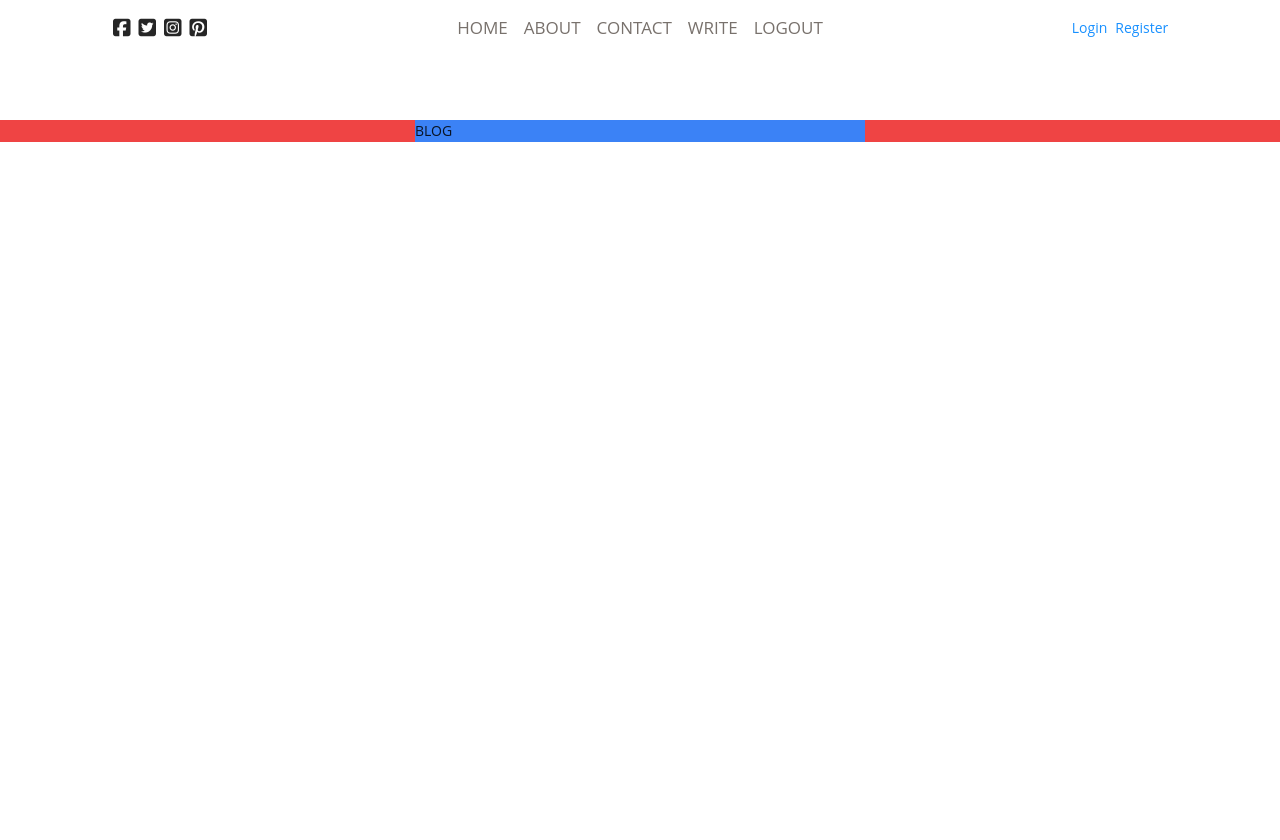
Repository: truongnguyenuit/Blog_App_ver2
Page: /login (app in client/)
The author's editor kept a copy of each file at every save. The page is drawn from the files as they stood at one save, then again after the next save.
The browser window is 1280 px wide. The pictures show the whole page.
Some web libraries are served in a nearby version. The project was rebuilt for these pictures with package versions that can differ from the ones it lists, and the page was loaded fresh each time. Also part of the build but not shown: client/src/components/AboutComponent.js, client/src/pages/HomePage.js, client/src/pages/RegisterPage.js.

Above is the page before, as saved 2022-07-18 11:16:06.

### client/public/index.html
<!DOCTYPE html>
<html lang="en">
  <head>

    <meta charset="utf-8" />
    <meta name="viewport" content="width=device-width, initial-scale=1" />
    <meta
      name="description"
      content="Web site created using create-react-app"
    />
    <style>
      *{
        font-family: 'Open Sans', sans-serif;
        margin: 0;
      }
    </style>
    <script src="https://kit.fontawesome.com/cd2089affa.js" crossorigin="anonymous"></script>
    <title>Blog App</title>

  </head>
  <body>

    <noscript>You need to enable JavaScript to run this app.</noscript>
    <div id="root"></div>

  </body>
</html>

### client/src/index.js
import React from 'react';
import ReactDOM from 'react-dom/client';
import './index.css';
import App from './App';
import 'antd/dist/antd.min.css'


const root = ReactDOM.createRoot(document.getElementById('root'));
root.render(
  <React.StrictMode>
    <App />
  </React.StrictMode>
);

### client/src/App.js
import { BrowserRouter, Route, Routes } from "react-router-dom";
import { configRouter } from './router/configRouter';
import NavbarComponent from './components/NavbarComponent';
function App() {
  return (
    <div>
      <BrowserRouter>
        <div className="fixed top-0 left-0 right-0 z-10">
          <NavbarComponent />
        </div>
        <div className="mt-[50px]"></div>
        <Routes>
          {configRouter.map((item, index) => {
            return (
              <Route
                key={index}
                path={item.path}
                element={item.page}
              />
            );
          })}

        </Routes>

      </BrowserRouter>
    </div>
  );
}

export default App;

### client/src/router/configRouter.js
import HomePage from "../pages/HomePage";
import LoginPage from "../pages/LoginPage";
import RegisterPage from "../pages/RegisterPage";
import { pathName } from "./pathName";

export const configRouter=[
  {
    path: pathName.home,
    page: <HomePage/>,
  },
  {
    path: pathName.login,
    page: <LoginPage/>,
  },
  {
    path: pathName.register,
    page: <RegisterPage/>
  }
]

### client/src/components/NavbarComponent.js
import React from 'react'
import { Link } from "react-router-dom";
import { Row, Col } from "antd"
import { pathName } from '../router/pathName';

const NavigateRouter = [
  {
    path: "",
    name: "HOME",
  },
  {
    path: "",
    name: "ABOUT",
  },
  {
    path: "",
    name: "CONTACT",
  },
  {
    path: "",
    name: "WRITE",
  },
  {
    path: "",
    name: "LOGOUT",
  },
];

const NavbarComponent = () => {
  return (
    <div className="bg-white">
      <Row >

        <Col span={6} className="h-14">
          <div className="flex justify-center items-center text-[20px] gap-2 h-14">
            <i className="fa-brands fa-facebook-square cursor-pointer"></i>
            <i className="fa-brands fa-twitter-square cursor-pointer"></i>
            <i className="fa-brands fa-instagram-square cursor-pointer"></i>
            <i className="fa-brands fa-pinterest-square cursor-pointer"></i>
          </div>
        </Col>

        <Col span={12} className="h-14">
          <nav>
            <ul className="flex justify-center items-center text-[17px] gap-4 h-14">
              {NavigateRouter.map((item, index) => {
                return (
                  <li key={index}>
                    <Link to={item.path} className="text-stone-500 hover:text-stone-400">
                      {item.name}
                    </Link>
                  </li>
                );

              })}
            </ul>
          </nav>
        </Col>

        <Col span={6} className="h-14">
          <div className="flex justify-center items-center gap-2 h-14">
            <Link to={pathName.login}>
              Login
            </Link>
            <Link to={pathName.register}>
              Register
            </Link>
          </div>
        </Col>

      </Row>
    </div>
  )
}

export default NavbarComponent

### client/src/pages/LoginPage.js
import React from 'react'

const LoginPage = () => {
  return (
    <div className='bg-red-500  mt-[120px] flex justify-center'>
      <div className="bg-blue-500 w-[450px]">
        <span>
          BLOG
        </span>
        <span className="s">

        </span>
      </div>

    </div>
  )
}

export default LoginPage

### client/src/router/pathName.js
export const pathName = {
  home: "/",

  login: "/login",
  register: "/register",

}

### client/tailwind.config.js
/** @type {import('tailwindcss').Config} */
module.exports = {
  content: ["./src/**/*.{html,js,jsx,ts}"],
  theme: {
    extend: {},
  },
  plugins: [],
}

Loaded but not shown: client/src/index.css (common file)

After the next save:
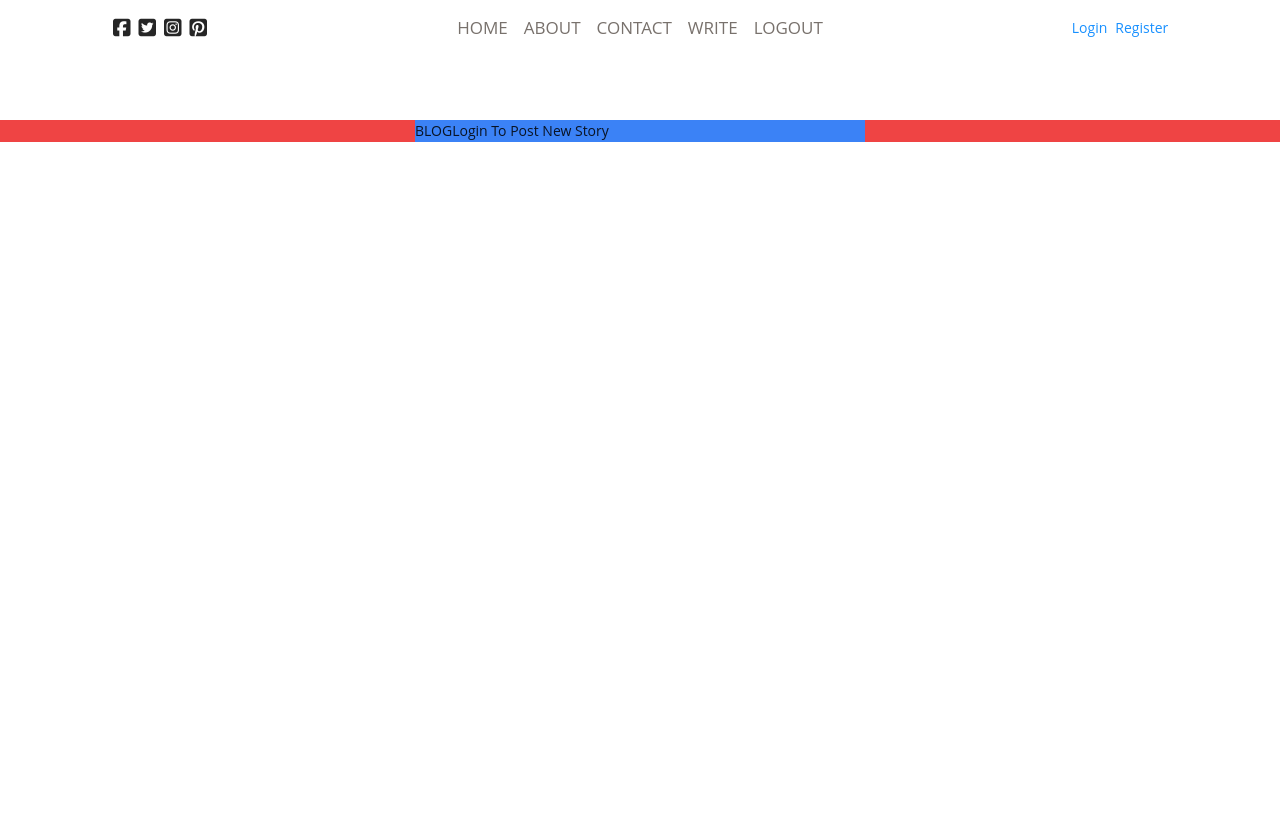
Saved 11 s later.
--- a/client/src/pages/LoginPage.js
+++ b/client/src/pages/LoginPage.js
@@ -8,7 +8,7 @@ const LoginPage = () => {
           BLOG
         </span>
         <span className="s">
-
+          Login To Post New Story
         </span>
       </div>
 
